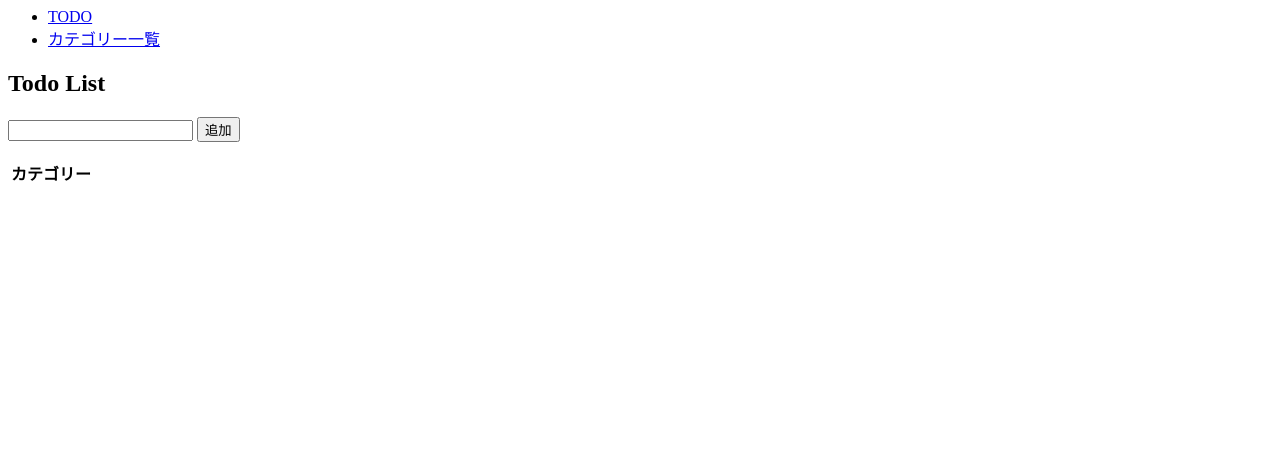
Repository: azuma2/cate
Page: http://localhost/cate
These files come from the project's save history. The page is drawn as it stood at one moment and after the next save; the edit follows.
The browser window is 1280 px wide. The pictures show the whole page.
The page is served by the project's Laravel application, run on PHP 8.4 with Laravel 8. Other server files are loaded and not shown. Queries for data that is not in the repository find no rows.

Above is the page before, as saved 2022-05-17 03:23:59.

### routes/web.php
<?php

use Illuminate\Support\Facades\Route;
use App\Http\Controllers\TodoController;
use App\Http\Controllers\CateController;


Route::get('/', [TodoController::class, 'index']);
Route::get('/cate', [TodoController::class, 'index2']);
Route::post('/todo/create', [TodoController::class, 'create']);
Route::post('/todo/update', [TodoController::class, 'update']);
Route::post('/todo/delete', [TodoController::class, 'remove']);
Route::post('/todo/search', [TodoController::class, 'search']);
Route::post('/cate/create', [CateController::class, 'post']);
Route::post('/cate/update', [CateController::class, 'update']);
Route::post('/cate/delete', [CateController::class, 'remove']);
Route::post('/cate/search', [CateController::class, 'search']);

### app/Http/Controllers/TodoController.php
<?php

namespace App\Http\Controllers;

use App\Models\Todo;
use App\Models\Cate;
use Illuminate\Http\Request;
use Illuminate\Support\Facades\DB;

class TodoController extends Controller
{
    public function index()
    {
        $items = Todo::all();
        $items = DB::select('select * from todos');
        return view('index', ['items' => $items]);
    }

    public function create(Request $request)
    {
        $param = ['content' => $request->content,];
        $this->validate($request, Todo::$rules);

        DB::insert('insert into todos (content) values (:content)', $param);
        return redirect('/');
    }

    public function update(Request $request)
    {
         $param = [
            'id' => $request->id,
            'content' => $request->content,

        ];
        $this->validate($request, Todo::$rules);
        DB::update('update todos set content =:content where id =:id', $param);
        return redirect('/');
    }

    public function remove(Request $request)
    {
        $param = ['id' => $request->id];
        DB::delete('delete from todos where id =:id', $param);
        return redirect('/');
    }



        public function index2()
    {
        $items = Todo::all();
        $items = DB::select('select * from todos');
        return view('cate', ['items' => $items]);
    }
}

### app/Models/todo.php
<?php


namespace App\Models;

use Illuminate\Database\Eloquent\Factories\HasFactory;
use Illuminate\Database\Eloquent\Model;
use App\Models\Cate;

class Todo extends Model
{
    use HasFactory;

    protected $fillable = ['cate_id', 'content'];

    public static $rules = array(
        'cate_id' => 'text',
        'content' => 'required|max:20',
    );

    public function cate(){
        return $this->belongsTo('App\Models\cate');
    }


}

### resources/views/cate.blade.php
  <body>
  <header>
    <div class="head">
      <ul>
        <li class="head1"><a href="{{ url('/') }}">TODO</a></li>
        <li class="head2"><a href="{{ url('/cate') }}">カテゴリー一覧</a></li>
      </ul>
    </div>
  </header>
  <div class="container">
    <div class="card">
      <h2 class="title">Todo List</h2>
            <div class="todo">
              @if ($errors->has('content'))
                  <tr>
                    <th>ERROR</th>
                  <td>
                  {{$errors->first('content')}}
                </td>
            </tr>
          @endif
        <form action="/cate/create" method="post">
            @csrf
          <input type="text" class="input-add" name="content">
          <input class="button" type="submit" value="追加" />
        </form>
          <div class="narabe">
        <table>
            @csrf
          <tr>
            <th>カテゴリー</th>
          </tr>

                    <tr>
            @foreach ($items as $item)

            <td>

            </td>

            <form action="/cate/update" method="post">
              @csrf
              <td>
                <input type="text" class="input-update" value="{{$item->content}}" name="content" />
              </td>
              <td>
                <input type="hidden"  name="id" value="{{$item->id}}">
                <input class="button" type="submit" value="更新" >
              </td>
            </form>
            <td>
              <form action="/cate/delete" method="post" >
                    @csrf
                <input  type="hidden" name="id" value="{{$item->id}}" >
                <input class="button" type="submit" value="削除" >
              </form>
            </td>
            </div>
          </tr>
          @endforeach
        </table>
      </div>
    </div>
  </div>
  </div>

</body>
</html>

### app/Models/cate.php
<?php


namespace App\Models;

use Illuminate\Database\Eloquent\Factories\HasFactory;
use Illuminate\Database\Eloquent\Model;
use App\Models\Todo;

class Todo extends Model
{
    use HasFactory;

    protected $fillable = ['content'];

    public static $rules = array(
        'content' => 'required|max:10',
    );

    public function cate(){
        return $this->belongsTo('App\Models\cate');
    }


}

### resources/views/index.blade.php
<!DOCTYPE html>
<html lang="ja">
<head>
    <meta charset="UTF-8">
    <meta http-equiv="X-UA-Compatible" content="IE=edge">
    <meta name="viewport" content="width=device-width, initial-scale=1.0">
    <link rel="stylesheet" href="{{ asset('\resources\views\reset.css') }}" >
    <title>@yield('title')</title>
    <style>
    body {
      font-size:16px;
      margin: 5px;
      background-color: #2d197c;
    }


header{
  padding-right:50px;
  padding-left:50px;
  padding-top:20px;
  position: sticky;
  left: 0;
  top: 0;
  background: #fff;
}
.head {
  justify-content: space-between;
  display: flex;
  font-weight: bolder;
  position: sticky;
  bottom: 0;
}

.head1{
  padding: 10px;
  margin: 10px;
}

.head2{
  padding: 10px;
  margin: 10px;
}

ul{
  list-style: none;
  margin-top: -8px;
}

    td {
      padding: 5px 10px;
      text-align: center;
    }

    .narabe{
      display:flex;
      flex-flow: column;
    }

    .button {
    text-align: left;
    border: 2px solid #dc70fa;
    font-size: 12px;
    color: #dc70fa;
    background-color: #fff;
    font-weight: bold;
    padding: 8px 16px;
    border-radius: 5px;
    cursor: pointer;
    transition: 0.4s;
    outline: none;
}
.input-add {
    width: 80%;
    padding: 5px;
    border-radius: 5px;
    border: 1px solid #ccc;
    appearance: none;
    font-size: 14px;
    outline: none;
}
.input-update {
    width: 90%;
    padding: 5px;
    border-radius: 5px;
    border: 1px solid #ccc;
    appearance: none;
    font-size: 14px;
    outline: none;
}
    .card {
    background-color: #fff;
    width: 50vw;
    padding: 30px;
    position: absolute;
    top: 50%;
    left: 50%;
    transform: translate(-50%, -50%);
    border-radius: 10px;
}
    h2 {
      font-size:28px;
      color:white;
      text-shadow:1px 0 5px #289ADC;
      margin-left: 1px;
      margin: 0;
    }
    .content {
      margin:10px;
    }
    </style>
  </head>
  <body>
  <header>
    <div class="head">
      <ul>
        <li class="head1"><a href="{{ url('/') }}">TODO</a></li>
        <li class="head2"><a href="{{ url('/cate') }}">カテゴリー一覧</a></li>
      </ul>
    </div>
  </header>
  <div class="container">
    <div class="card">
      <h2 class="title">Todo List</h2>
            <div class="todo">
              @if ($errors->has('content'))
                  <tr>
                    <th>ERROR</th>
                  <td>
                  {{$errors->first('content')}}
                </td>
            </tr>
          @endif
        <form action="/todo/create" method="post">
            @csrf
          <input type="text" class="input-add" name="content">
          <input class="button" type="submit" value="追加" />
        </form>
          <div class="narabe">
        <table>
            @csrf
          <tr>
            <th>Todo</th>
            <th>カテゴリー</th>
            <th>更新</th>
            <th>削除</th>
          </tr>

                    <tr>
            @foreach ($items as $item)

            <td>

            </td>

            <form action="/todo/update" method="post">
              @csrf
              <td>
                <input type="text" class="input-update" value="{{$item->content}}" name="content" />
              </td>
              <td>
                <input type="hidden"  name="id" value="{{$item->id}}">
                <input class="button" type="submit" value="更新" >
              </td>
            </form>
            <td>
              <form action="/todo/delete" method="post" >
                    @csrf
                <input  type="hidden" name="id" value="{{$item->id}}" >
                <input class="button" type="submit" value="削除" >
              </form>
            </td>
            </div>
          </tr>
          @endforeach
        </table>
      </div>
    </div>
  </div>
  </div>

</body>
</html>

### resources/views/reset.css
/*
html5doctor.com Reset Stylesheet
v1.6.1
Last Updated: 2010-09-17
Todo: Richard Clark - http://richclarkdesign.com
Twitter: @rich_clark
*/

html, body, div, span, object, iframe,
h1, h2, h3, h4, h5, h6, p, blockquote, pre,
abbr, address, cite, code,
del, dfn, em, img, ins, kbd, q, samp,
small, strong, sub, sup, var,
b, i,
dl, dt, dd, ol, ul, li,
fieldset, form, label, legend,
table, caption, tbody, tfoot, thead, tr, th, td,
article, aside, canvas, details, figcaption, figure,
footer, header, hgroup, menu, nav, section, summary,
time, mark, audio, video {
    margin:0;
    padding:0;
    border:0;
    outline:0;
    font-size:100%;
    vertical-align:baseline;
    background:transparent;
}

body {
    line-height:1;
}

article,aside,details,figcaption,figure,
footer,header,hgroup,menu,nav,section {
    display:block;
}

nav ul {
    list-style:none;
}

blockquote, q {
    quotes:none;
}

blockquote:before, blockquote:after,
q:before, q:after {
    content:'';
    content:none;
}

a {
    margin:0;
    padding:0;
    font-size:100%;
    vertical-align:baseline;
    background:transparent;
}

/* change colours to suit your needs */
ins {
    background-color:#ff9;
    color:#000;
    text-decoration:none;
}

/* change colours to suit your needs */
mark {
    background-color:#ff9;
    color:#000;
    font-style:italic;
    font-weight:bold;
}

del {
    text-decoration: line-through;
}

abbr[title], dfn[title] {
    border-bottom:1px dotted;
    cursor:help;
}

table {
    border-collapse:collapse;
    border-spacing:0;
}

/* change border colour to suit your needs */
hr {
    display:block;
    height:1px;
    border:0;
    border-top:1px solid #cccccc;
    margin:1em 0;
    padding:0;
}

input, select {
    vertical-align:middle;
}

### app/Http/Controllers/CateController.php
<?php

namespace App\Http\Controllers;

use App\Models\Todo;
use App\Models\Cate;
use Illuminate\Http\Request;
use Illuminate\Support\Facades\DB;

class CateController extends Controller
{
    public function index()
    {
        $items = Cate::all();
        $items = DB::select('select * from cates');
        return view('cate', ['items' => $items]);
    }

    public function create(Request $request)
    {
        $param = ['content' => $request->content,];
        $this->validate($request, Cate::$rules);

        DB::insert('insert into cates (content) values (:content)', $param);
        return redirect('/');
    }

    public function update(Request $request)
    {
         $param = [
            'id' => $request->id,
            'content' => $request->content,

        ];
        $this->validate($request, Cate::$rules);
        DB::update('update cates set content =:content where id =:id', $param);
        return redirect('/');
    }

    public function remove(Request $request)
    {
        $param = ['id' => $request->id];
        DB::delete('delete from cates where id =:id', $param);
        return redirect('/');
    }

}

Loaded but not shown: app/Http/Controllers/Controller.php (common file)

After the next save:
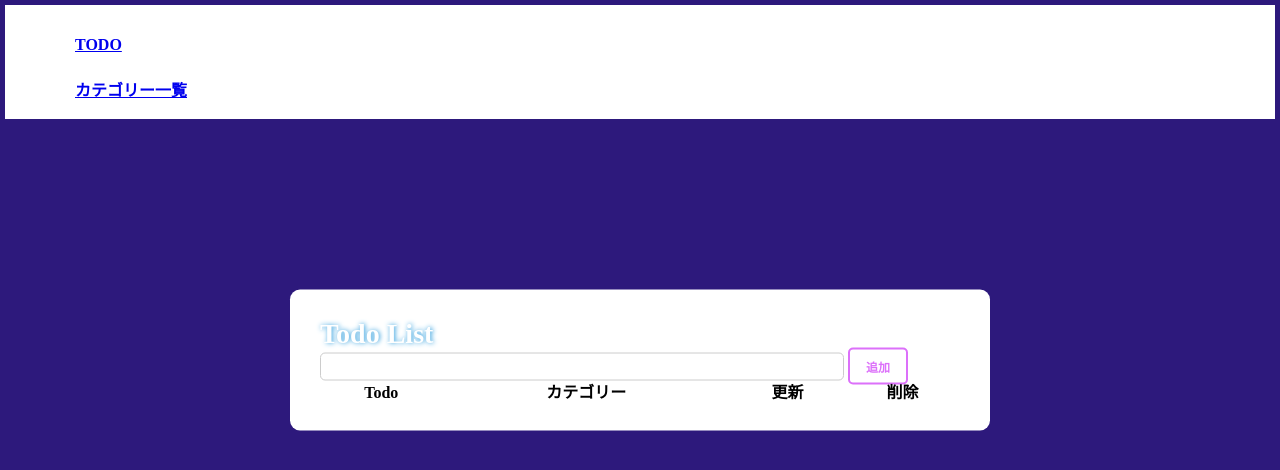
Saved 46 s later.
--- a/routes/web.php
+++ b/routes/web.php
@@ -6,7 +6,7 @@
 
 
 Route::get('/', [TodoController::class, 'index']);
-Route::get('/cate', [TodoController::class, 'index2']);
+Route::get('/cate', [TodoController::class, 'index']);
 Route::post('/todo/create', [TodoController::class, 'create']);
 Route::post('/todo/update', [TodoController::class, 'update']);
 Route::post('/todo/delete', [TodoController::class, 'remove']);

After the 2 saves that followed:
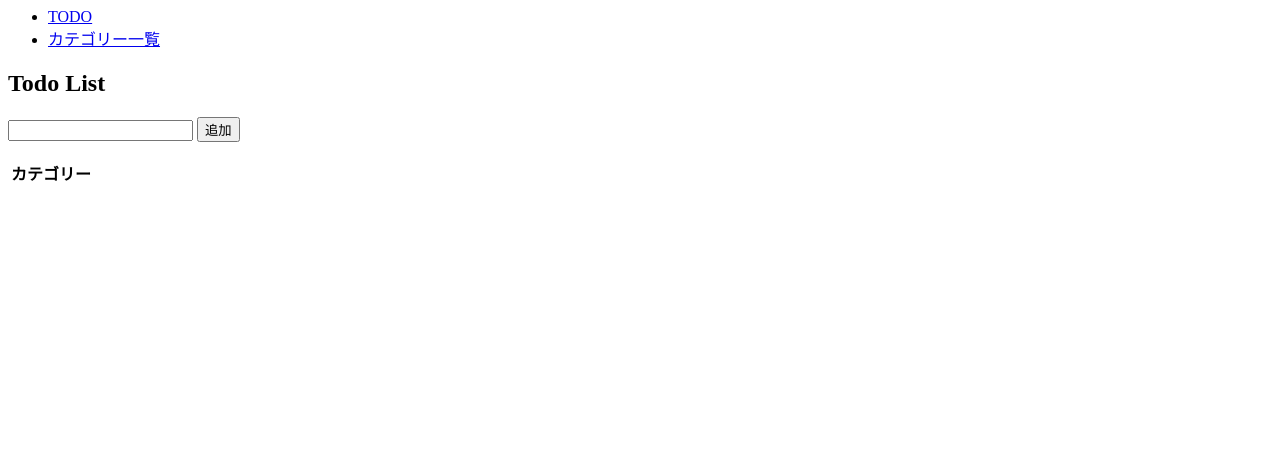
The 2 saves are shown as one change because 1 did not build or start.
The last was saved 50 s later.
--- a/routes/web.php
+++ b/routes/web.php
@@ -6,7 +6,7 @@
 
 
 Route::get('/', [TodoController::class, 'index']);
-Route::get('/cate', [TodoController::class, 'index']);
+Route::get('/cate', [CateController::class, 'index']);
 Route::post('/todo/create', [TodoController::class, 'create']);
 Route::post('/todo/update', [TodoController::class, 'update']);
 Route::post('/todo/delete', [TodoController::class, 'remove']);
--- a/app/Models/cate.php
+++ b/app/Models/cate.php
@@ -7,7 +7,7 @@ use Illuminate\Database\Eloquent\Factories\HasFactory;
 use Illuminate\Database\Eloquent\Model;
 use App\Models\Todo;
 
-class Todo extends Model
+class Cate extends Model
 {
     use HasFactory;
 
